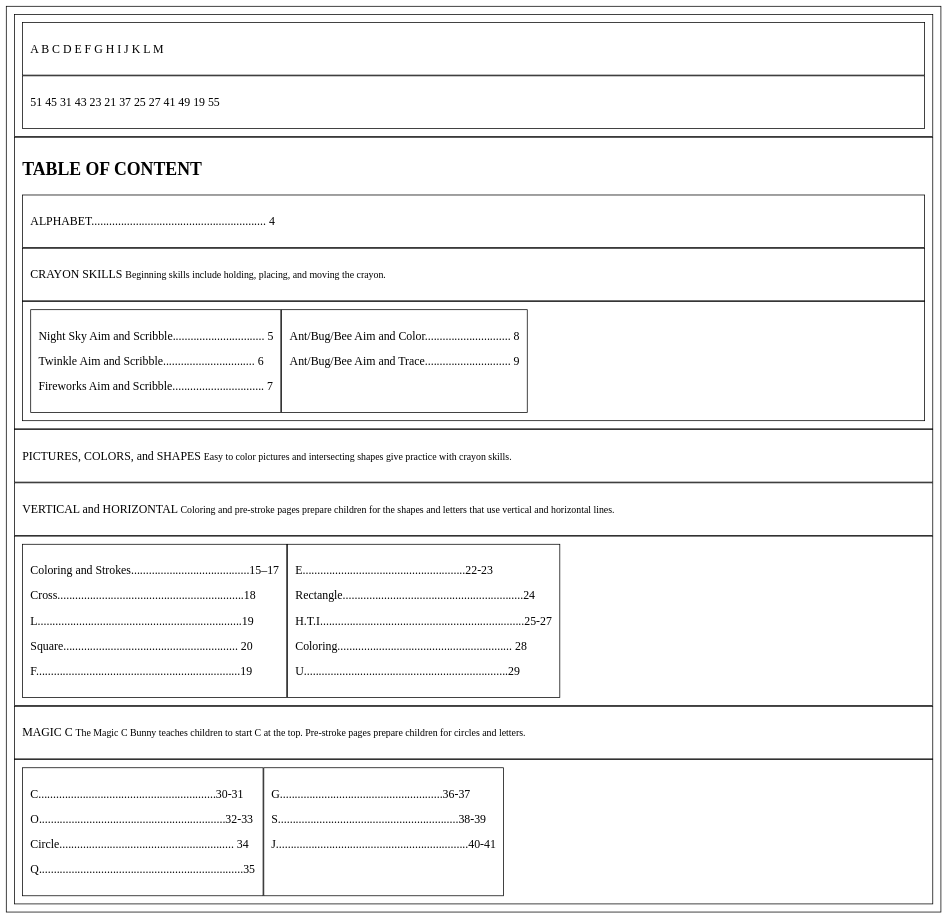
Repository: nickeone/magda-css-flex
Page: index.html
An editor plug-in stored every save of this project. The page is shown before and after the next save, followed by the edit.
The browser window is 1280 px wide. The pictures show the whole page, at 74% of full size.

Above is the page before, as saved 2021-06-15 00:04:07.

After the next save:
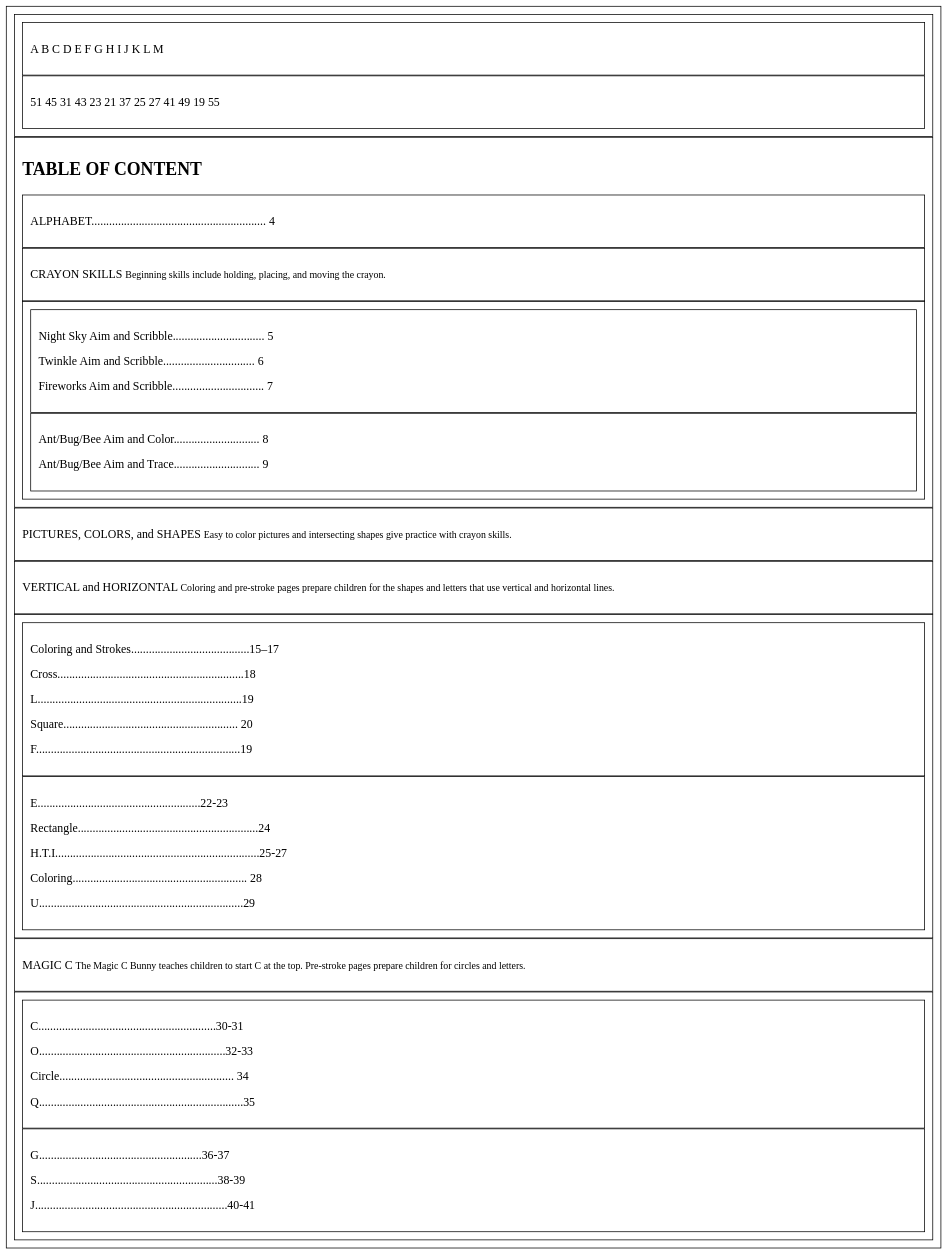
Saved 41 s later.
--- a/assets/style.css
+++ b/assets/style.css
@@ -1,6 +1,6 @@
-.two-columns {
+/* .two-columns {
     display: flex;
-}
+} */
 
 
 div {

After the save that followed:
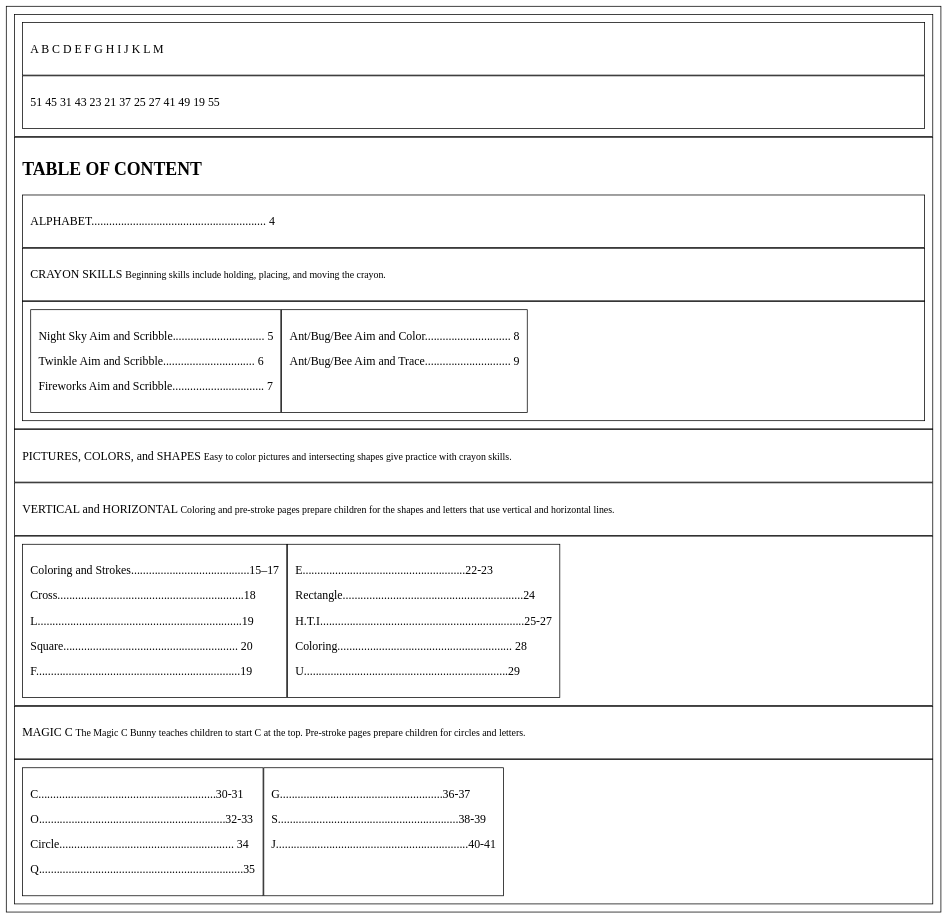
Saved 55 s later.
--- a/assets/style.css
+++ b/assets/style.css
@@ -1,6 +1,6 @@
-/* .two-columns {
+.two-columns {
     display: flex;
-} */
+}
 
 
 div {
